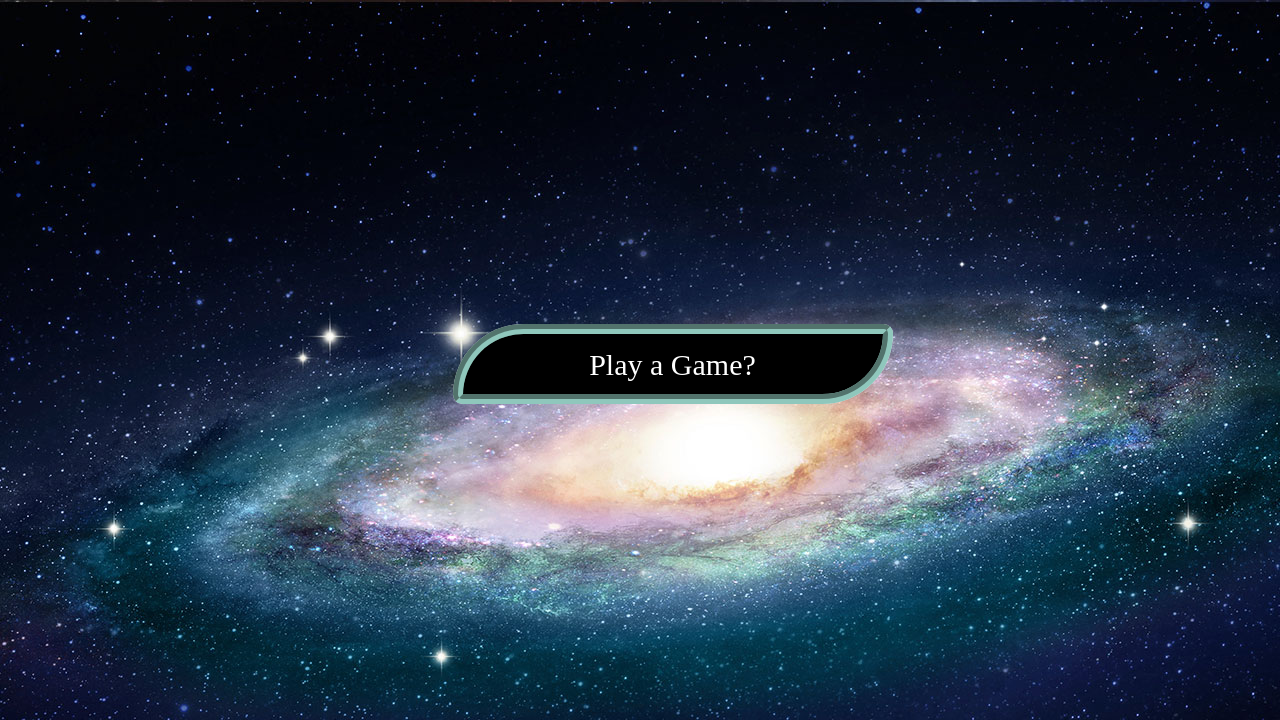
Repository: dsaftler/Trivia
Page: index.html
The author's editor kept a copy of each file at every save. The page is drawn from the files as they stood at one save, then again after the next save.
The browser window is 1280 px wide. The pictures show the whole page.
Some web fonts or font styles are not loaded; a fallback is used.

Above is the page before, as saved 2019-04-13 20:10:39.

### index.html
<!DOCTYPE html>
<html lang="en">
<head>
  <meta charset="UTF-8">
  <meta name="viewport" content="width=device-width, initial-scale=1.0">
  <meta http-equiv="X-UA-Compatible" content="ie=edge">
   <link rel="stylesheet" href="assets/css/reset.css" type="text/css">
  <link rel="stylesheet" href="https://stackpath.bootstrapcdn.com/bootstrap/4.3.1/css/bootstrap.min.css"
    integrity="sha384-ggOyR0iXCbMQv3Xipma34MD+dH/1fQ784/j6cY/iJTQUOhcWr7x9JvoRxT2MZw1T" crossorigin="anonymous">
  <!-- <link href="https://fonts.googleapis.com/css?family=Cherry+Swash:700" rel="stylesheet"> -->
  <link href="https://fonts.googleapis.com/css?family=Baumans" rel="stylesheet">
  <link rel="stylesheet" href="assets/css/glowing.css">

  <!-- custom css -->
  <link rel="stylesheet" href="assets/css/style.css" type="text/css">

  <title>Trivia Game</title>
</head>
<body>
<div class="container">
  <div class="scoreElements glowing darkblue">
   <div id="showWinsCnt"><span id="wins"></span></div>
   <div id="showLoseCnt"><span id="wrongs"></span></div>
   <div id="showMissCnt"><span id="misses"></span></div>
  </div>
  <div class='playElements'>
    <div class="showTimer"><span id="timer"></span></div>
    <div class="showQuestion glowing darkblue"><span id="question"></span></div>
    <ul class="showAnswers glowing darkblue">
    <li class="answers glowing cyan" id="answer0"><a href="#"></a></li>
    <li class="answers glowing darkblue" id="answer1"><a href="#"></a></li>
    <li class="answers glowing indigo" id="answer2"><a href="#"></a></li>
    <li class="answers glowing purple" id="answer3"><a href="#"></a></li>
    </ul>
    <div class="tmyk clearfix">
      <div class="extra glowing darkblue"></div>
      <img class="image glowing darkblue">
    </div>
  </div>
  <div class="bgButton">
  <button class="glowing cyan" id="newGame" onclick="initGame()">Play a Game?</button>
  </div>
  <!-- <button id="temp1" onclick="newQuestion()">Next Question?</button> -->
</div>

<!-- bootstrap scripts -->
<script src="https://code.jquery.com/jquery-3.3.1.slim.min.js"
  integrity="sha384-q8i/X+965DzO0rT7abK41JStQIAqVgRVzpbzo5smXKp4YfRvH+8abtTE1Pi6jizo" crossorigin="anonymous"></script>
<script src="https://cdnjs.cloudflare.com/ajax/libs/popper.js/1.14.7/umd/popper.min.js"
  integrity="sha384-UO2eT0CpHqdSJQ6hJty5KVphtPhzWj9WO1clHTMGa3JDZwrnQq4sF86dIHNDz0W1" crossorigin="anonymous"></script>
<script src="https://stackpath.bootstrapcdn.com/bootstrap/4.3.1/js/bootstrap.min.js"
  integrity="sha384-JjSmVgyd0p3pXB1rRibZUAYoIIy6OrQ6VrjIEaFf/nJGzIxFDsf4x0xIM+B07jRM" crossorigin="anonymous"></script>
<script src="assets/javascript/app.js"></script>


</body>
</html>

### assets/css/glowing.css
/*!
 * Glowing.css - a simple pure CSS to make PNG or anything glow!
 * https://github.com/topex-psy/Glowing.css
 *
 * Version: 1.0
 * Author: Taufik Nur Rahmanda (https://www.facebook.com/TopEx.Divine)
 * Github: https://github.com/topex-psy

 * Made available under a MIT License:
 * http://www.opensource.org/licenses/mit-license.php
 */

.glowing {
	-webkit-filter: drop-shadow(0 0 0 rgba(255,255,255,.8));
	-webkit-transition: all .2s linear;
	-moz-transition: all .2s linear;
	-o-transition: all .2s linear;
	transition: all .2s linear;
}
.glowing.red:hover { -webkit-filter: drop-shadow(0 0 8px rgba(255,153,153,1)); }
.glowing.orange:hover { -webkit-filter: drop-shadow(0 0 8px rgba(244,173,66,1)); }
.glowing.yellow:hover { -webkit-filter: drop-shadow(0 0 8px rgba(244,241,66,1)); }
.glowing.green:hover { -webkit-filter: drop-shadow(0 0 8px rgba(83,244,66,1)); }
.glowing.cyan:hover { -webkit-filter: drop-shadow(0 0 8px rgba(0,255,221,1)); }
.glowing.lightblue:hover { -webkit-filter: drop-shadow(0 0 8px rgba(0,231,255,1)); }
.glowing.blue:hover { -webkit-filter: drop-shadow(0 0 8px rgba(0,153,255,1)); }
.glowing.darkblue:hover { -webkit-filter: drop-shadow(0 0 8px rgba(0,63,255,1)); }
.glowing.indigo:hover { -webkit-filter: drop-shadow(0 0 8px rgba(167,66,244,1)); }
.glowing.purple:hover { -webkit-filter: drop-shadow(0 0 8px rgba(244,66,232,1)); }
.glowing.magenta:hover { -webkit-filter: drop-shadow(0 0 8px rgba(255,109,194,1)); }
.glowing.pink:hover { -webkit-filter: drop-shadow(0 0 8px rgba(255,137,184,1)); }

.and { }
.quickly { -webkit-transition:-webkit-transform .05s !important;-moz-transition:-moz-transform .05s !important;-o-transition:-o-transform .05s !important;transition:transform .05s !important; }
.rotating:hover { -ms-transform:matrix(1.1,0.2,-0.2,1.1,0,0);-webkit-transform:matrix(1.1,0.2,-0.2,1.1,0,0);transform:matrix(1.1,0.2,-0.2,1.1,0,0); }
.zooming:hover { -ms-transform: scale(1.1,1.1);-webkit-transform: scale(1.1,1.1);transform: scale(1.1,1.1); }

.disco:hover {
	-webkit-animation-duration: 2s;
	-webkit-animation-timing-function: ease-in-out;
	-webkit-animation-iteration-count: infinite;
	-webkit-animation-name: disco;
	animation-duration: 2s;
	animation-timing-function: ease-in-out;
	animation-iteration-count: infinite;
	animation-name: disco;
}
@-webkit-keyframes disco {
	0%    { -webkit-filter: drop-shadow(0 0 8px rgba(255,153,153,1)); }
	25%  { -webkit-filter: drop-shadow(0 0 8px rgba(244,241,66,1)); }
	50%  { -webkit-filter: drop-shadow(0 0 8px rgba(0,153,255,1)); }
	75%  { -webkit-filter: drop-shadow(0 0 8px rgba(244,66,232,1)); }
	100%    { -webkit-filter: drop-shadow(0 0 8px rgba(255,153,153,1)); }
}

### assets/css/style.css
html {
  height: 100%;
}
body {
  height: 100%;
  margin: 0;
  padding:0;
  background-color: black;
   margin: auto;
  align-content: center;
  font-family: 'Baumans', cursive;
  color:white;
  font-size: 20px;
  font-weight: bolder;
}
h3{
  color: #8fc7bc;

}
.container{
   height: 100%;
  margin: auto;
  background-image: url("../images/hubble.jpg");
  max-width: 1536px;
}
button{
  width:440px;
  height: 80px;
  margin: auto;
  margin-top: 15px;
  color:white;
  font-size: 30px;
  padding: 0px;
  background-color:black;
  border-color: #8fc7bc;
  border-style: groove;
  border-width: 10px;
  border-radius: 150px 20px;

}
.scoreElements{
align-content: center;
margin: auto;
width: 10%;
padding-top: 50px;
}
#wins{
  text-align:center;
}
.bgButton{
  align-content:center;
  margin:auto;
  width:30%;
}
.playElements{
  align-content: center;
  margin: auto;
  width: 85%;
  padding-top:70px;
}
.showQuestion{
  font-size: 30px;
}
ul li a {
  padding-left:20px;
  color: black;
  display: block;
  border-width: 3px;
  text-decoration: none;
  padding: 16px;
  width:50%
}

ul {
  list-style-type: circle;
}

li {
  display: block;
}

ul li a:hover {
  color: #7641f0;
  display: block;
  text-decoration: none;
}

li:hover {
  background-color:black;
}
.answers{
  padding-left: 5px;
  font-size: 25px;
}
.playElements {
  align-content: center;
  margin: auto;
  width: 75%;
  padding-top: 70px;
}
#Timer {
  font-size: 80px;
  font-weight: bolder;
}
.tmyk{
  padding-top:15px;
}
.extra{
  clear: both;
  float: left;
  width:40%;
  padding-right: 15px;
  margin: -15px;
  /* padding-top: 15px; */
  font-weight: lighter;
  background-color: rgba(0, 0, 0, 0.5);
  overflow: auto;
}
img{
  padding-top: 15px;
  padding-left: 15px;
  clear: both;
  max-width: 65%;
  border:10px;
  border-color: #7641f0;

}

### assets/javascript/app.js
// Advanced game has a 30 second timer that counts down to 0 for each question !!!!!!!!!!!!  changed to 15 seconds
// If the timer is 0 OR  a wrong answer is chosen:
  // show the correct answer for 5 seconds
// display a new question
// restart the timer with no user interaction

// questions are contained in an array with question, array of answers, index of correct answer
// question shows in questionId
// "Correct"  or "Correct Answer" shows in answerId
// 4 possible answers show in 4 clickable buttons
// buttons have hover behavior
//  only one can be selected (by click)

// scores for Wins, Losses, and Unanswered are kept (correct, wrong, timer ==0)
// ask to play again in link
// click on play restarts the game without re-loading the page

var qArray =[];
var wins, wrongs, misses, seconds;
var correctAnswerId;
var timer;
var seconds;
var isNewGame = true;
var timerRunning=false;
var i;
var qArrayLength
var sayCorrect
var answerTime=10;
var displayInfoTime=300;
$(".answers").pointerEvents = "none";
$(document).ready(function () {
  //initGame();  // called by newGame button
  $(".answers").click(function() {
    stopTimer();
    $(".answers").css("pointer-events","none");
    //which answer did I click?
    var target = $(this).attr("id")
    for(let j = 0; j<4; j++) {
      jtarget = "answer" + j
      //console.log(jtarget)
      if (jtarget === target){
        if (j === correctAnswerId){
          showMe("win");
        } else {
          showMe("lose");
        }
      }
    }
  });
});


function initGame() {
  wins = 0;
  wrongs = 0;
  misses = 0;
  $(".scoreElements").hide();
  $(".playElements").hide();
  $(".answers.li").hide();
  // $("#showWinsCnt").hide();
  // $("#showLoseCnt").hide();
  // $("#showMissCnt").hide();
  $("#newGame").hide();
  loadQuestions();
  i = 0;
  newQuestion(i);
}

function newQuestion(i)
{
  console.log(i)
  if (i < qArrayLength){
    // show game pieces: question, answers
    $(".playElements").show();
    $("#timer").show();
    // $(".showQuestion").show();
    // $(".answers").show();
    $(".tmyk").hide();
    // $(".extra").hide();
    // $(".image").hide();
    // console.log(qArray[i]);
    q="Question "+(i+1)+":  "
    $("#question").text(q+(qArray[i].question));
    $("#answer0").text(qArray[i].ansArray[0]);
    //console.log(qArray[i].ansArray[0]);
    $("#answer1").text(qArray[i].ansArray[1]);
    $("#answer2").text(qArray[i].ansArray[2]);
    $("#answer3").text(qArray[i].ansArray[3]);
    correctAnswerId = qArray[i].correct;
    correctAnswer = qArray[i].ansArray[correctAnswerId]
    //console.log(qArray[i].ansArray[correctAnswerId]);
    info = qArray[i].extra;
    $(".answers").css("pointer-events", "auto");
    clearInterval(timer)
    seconds = answerTime;
    showTime();
    timer = setInterval(tick, 1000);
  } else {
    gameOver();
  }
}

function gameOver()
{
  $(".playElements").hide();
  // $("#timer").hide();
  // $(".showQuestion").hide();
  // $(".answers").hide();
  // $(".extra").hide();
  // $(".image").hide();
  $(".scoreElements").show();
  $("#showWinsCnt").text(wins + " Correct")
 // $("#showWinsCnt").show();

  $("#showLoseCnt").text( wrongs + " Wrong")
  //$("#showLoseCnt").show();

  $("#showMissCnt").text(  misses + " Time-Outs")
 // $("#showMissCnt").show();
  //$("#wins").text(wins);
  // $("#wrongs").text(wrongs);
  // $("#misses").text(misses);
  $("#newGame").text("Play Again?"); // calls initGame
  $("#newGame").show();
}


//  The decrement function.
function tick()
{
  seconds--;
  if (seconds < 0) {
    //  ...run the stop function.
    stopTimer()
    showMe("miss");
    return;
  }
  showTime();

}

function stopTimer()
{
  clearInterval(timer);
  $("#answers").pointerEvents="none";

}

//  Execute the run function.
function showTime()
{
 $("#timer").text(seconds);
 //console.log(seconds);
}
function showMe(result){
  switch (result){
    case "win":
      //alert("Correct");
      sayCorrect="Correct! "
      wins++;
      break;
    case "lose":
      //alert("Incorrect");
      sayCorrect = 'The correct answer was: '  + correctAnswer
      wrongs++
      break;
    case "miss":
      $("#timer").html("<h2>Timed-Out</h2>");
      sayCorrect= 'The answer was:  ' + correctAnswer
      misses++;
      break;
   }
  showExtra();
  setTimeout(displayPause, 1000 * displayInfoTime)

  }
function showExtra(){
  imgUrl = qArray[i].image
  $(".image").attr({"src":imgUrl, "alt": qArray[i].imageAlt});

  //console.log("<img src=" + qArray[i].image + ">");
  $(".extra").html("<h3 class='glowing cyan'>"+sayCorrect + "<br/></h3>") ;
  $(".extra").append(qArray[i].extra);
  $(".tmyk").show();
  //$(".extra").show();
  //$(".image").show();

}
function displayPause(){
  stopTimer();
  clearTimeout();
  i++;
  newQuestion(i)
}

function loadQuestions(){
qArray = [
    {
      question: "How many moons are in our Solar System?",
      correct: 3,
      ansArray: [25, 50, 97, 181],
      image: "assets/images/Moons_of_solar_system.jpg",
      imgAlt: "Moons of the solar system",
      extra: "These moons (also known as natural satellites) vary greatly in size and quantity per planet. For example, the largest moon is Jupiter’s Ganymede, and the smallest is Mar’s Deimos. Ganymede has a diameter of 3,273 miles, and Deimos has a diameter of 7 miles."

    },
    {
      question: "What percent of the universe is dark matter? (Plus or minus 2%.)",
      correct: 1,
      ansArray: ["15%", "27%", "50%", "80%"],
      image: "assets/images/darkmatter.png",
      imgAlt:"Dark matter web",
      extra: "The rest of the universe is around 68% dark energy, and less than 5% of the universe is made up of what we would consider ‘normal’ matter. This means that roughly 80% of the mass of the universe is made up of material we cannot see."
    },
    {
      question: "What is the most common type of star found in the Milky Way?",
      correct: 1,
      ansArray: ["Neutron stars", "Red dwarf stars", "Supernovae", "G-type"],
      image: "assets/images/Red-dwarf-infographic.jpg",
      imgAlt: "Types of Stars Infographic",
      extra: "Red dwarf stars make up an estimated ¾ of all stars found in the Milky Way. The surface temperature of red dwarf stars is less than 4,000 Kelvin, and they have a very low luminosity and therefore cannot be easily seen. In fact, from Earth not one red dwarf star can be seen with the naked eye. Since they develop very slowly and are constant for trillions of years, there are actually no advanced stars of this type in our galaxy because our galaxy is too young!"
    },
    {
      question: "What is the closest star to the Sun?",
      correct: 0,
      ansArray: ["Proxima Centauri", "Tau Ceti", "51 Pegasi", "Rigel"],
      image: "assets/images/proxima_centauri_main.jpg",
      imgAlt: "Proxima Centauri",
      extra: "Proxima Centauri is a red dwarf star located in Alpha Centauri system, which is in the Centaurus constellation. Alpha Centauri is actually a triple star system with Proxima Centauri being the closest to the sun. It is 4.24 light years away from the sun, and is not visible to the naked eye from Earth."
    },
    {
      question: "What has a gravitational pull so strong that even light cannot escape it?",
      correct: 2,
      ansArray: ["Quantum Gravity", "True Love", "Black Hole", "Worm Hole"],
      image: "assets/images/blackhole.jpg",
      imgAlt: "Black Hole",
      extra: "Black holes are one of the deadliest things in the universe. They are formed when a star with a mass more than three times that of our sun dies and collapses onto itself after an explosion called a supernova. Black holes can siphon the gas out of stars until they vanish. They can even break apart and swallow planets."
    },
    {
      question: "Which NASA space flight was the last manned mission to the moon?",
      correct: 3,
      ansArray: ["Gemini 12", "Skynet 1.0", "Apollo 13","Apollo 17"],
      image: "assets/images/moon-landing.jpg",
      imgAlt: "Moon Landing",
      extra: "Apollo 17 launched on December 7, 1972 as the first night launch done by NASA. It was also the final mission of NASA’s Apollo program. Apollo 17 was the last time humans traveled beyond low Earth orbit. The mission also boasted that at the time it had the longest moon landing, largest lunar samples, longest time in orbit, and the longest total moonwalks."
    },
    {
      question: "What is the longest continuous time a human has spent in space? (Plus or minus 20 days.)",
      correct: 2,
      ansArray: ["37 days", "189 days", "437 days", "682 days"],
      image: "assets/images/poljakov.jpg",
      imgAlt: "Portrait of Poljakov",
      extra: "This amounts to more than 14 months in space. This feat was accomplished by Valeri Polyakov, a Russian astronaut who stayed aboard the Mir space station from January 1994 to March 1995. When Polyakov retired he had over 678 cumulative days in space, and his combined space time was over 22 months."
    },
    {
      question: "How much time does sun rays take to reach earth?",
      correct: 2,
      ansArray: ["58 seconds", "3.5 minutes", "8 minutes", "14 minutes"],
      image: "assets/images/Earth_to_Sun.png",
      imgAlt: "Distance to the Sun",
      extra: "The speed of light in vacuum, commonly denoted c, is a universal physical constant important in many areas of physics. Its exact value is299,792,458 meters per second (approximately 300,000 km/s (186,000 mi/s))."
    },
    {
      question: "When will Halley’s Comet will be visible from Earth again?",
      correct: 2,
      ansArray: ["2024", "2039", "2061", "2101"],
      image: "assets/images/HalleysComet.jpg",
      imgAlt: "Haley's Comet",
      extra: "Halley's Comet is arguably the most famous comet. It is a ‘periodic’ comet and returns to Earth's vicinity about every 75 years, making it possible for a human to see it twice in his or her lifetime. The last time it was here was in 1986, and it is projected to return in 2061."
    },
    {
      question: "How long was the shortest space flight?",
      correct: 0,
      ansArray: ["15 minutes", "73 minutes", "4.5 hours", "3 days"],
      image: "assets/images/freedom7.jpg",
      imgAlt: "Freedom 7 launch",
      extra: "This occurred on May 5, 1961 when Alan Shepard achieved an altitude of 115 miles in NASA’s Freedom 7. He was also the first American in space. Shepard later went on to become the oldest person to walk on the surface of the moon. He achieved this in 1971 during the Apollo 14 mission. At the time, he was 47 years old."
    }
  ]
  qArrayLength=qArray.length;
  //console.log(qArray);
};

Loaded but not shown: assets/css/reset.css (no stored copy; drawn as an empty file)

After the next save:
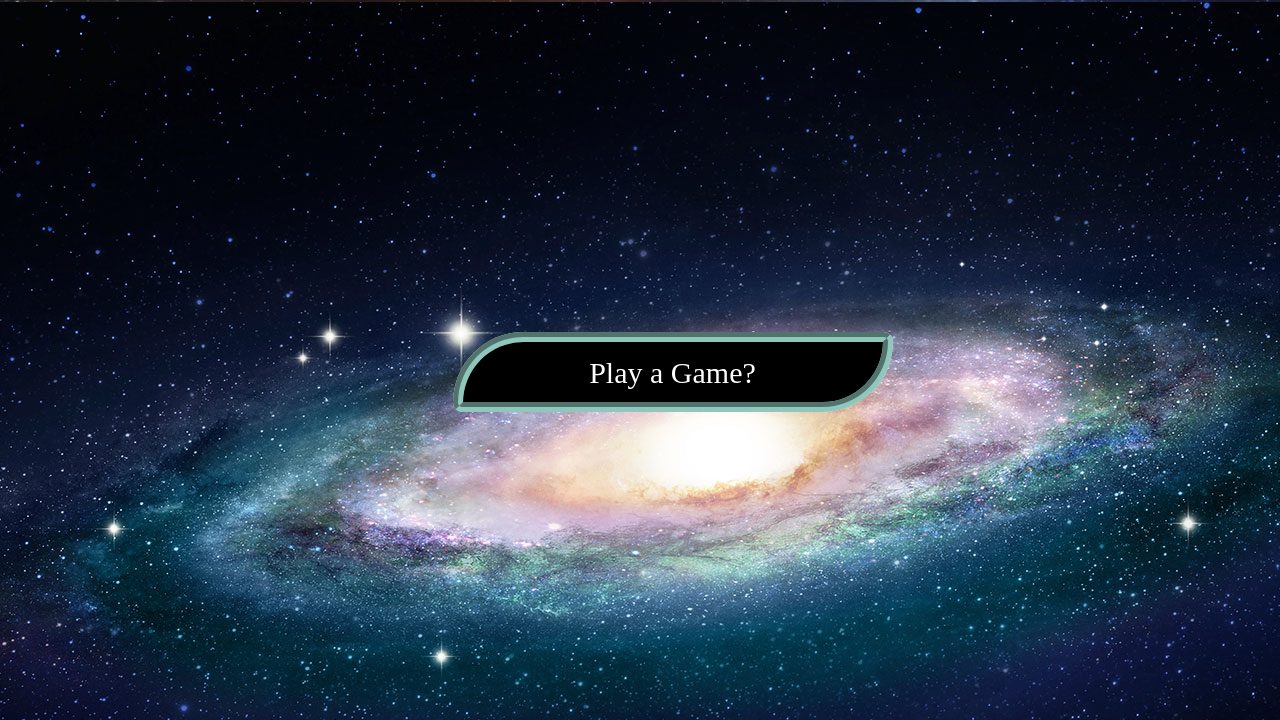
Saved 17 min 43 s later.
--- a/index.html
+++ b/index.html
@@ -25,7 +25,7 @@
   </div>
   <div class='playElements'>
     <div class="showTimer"><span id="timer"></span></div>
-    <div class="showQuestion glowing darkblue"><span id="question"></span></div>
+    <h2 class="showQuestion glowing darkblue" id="question"></h2>
     <ul class="showAnswers glowing darkblue">
     <li class="answers glowing cyan" id="answer0"><a href="#"></a></li>
     <li class="answers glowing darkblue" id="answer1"><a href="#"></a></li>
